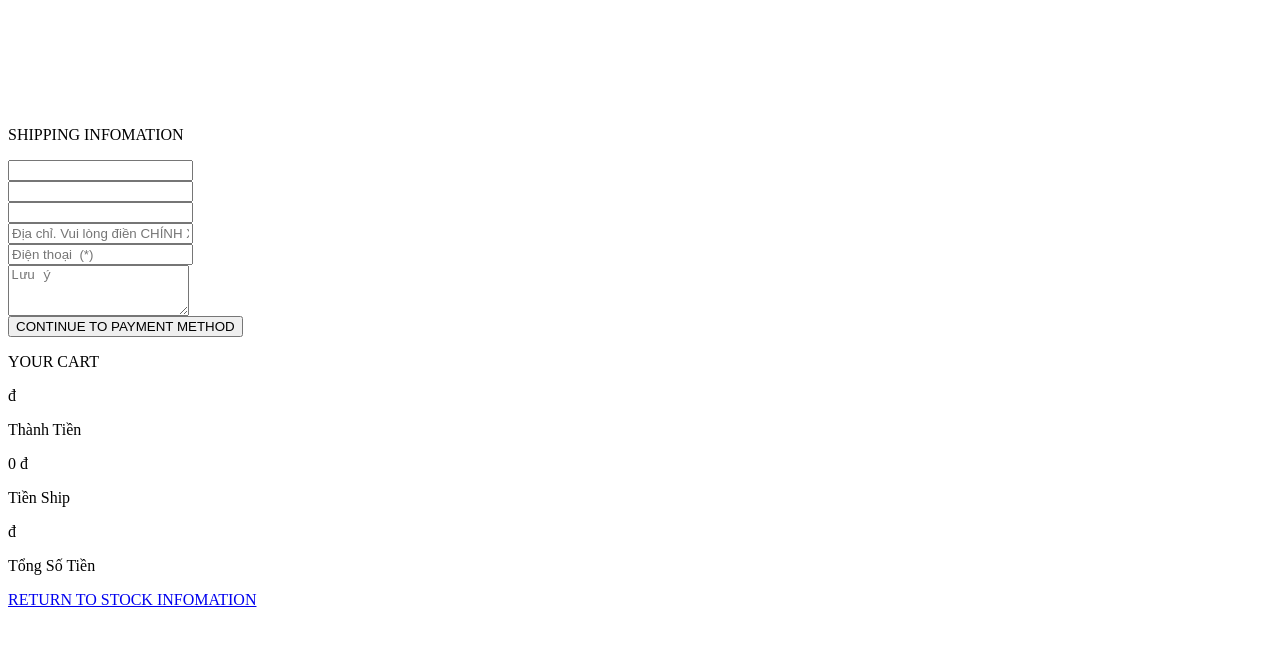
Repository: nguyengiabao245/NHOM3_C2
Page: http://localhost/DoAnJava/WEB-INF/views/order/checkout.jsp
An editor plug-in stored every save of this project. The page is shown before and after the next save, followed by the edit.
The browser window is 1280 px wide. The pictures show the whole page.
The page is served by Tomcat 9. Nobody is signed in. The template is opened directly, without the code that normally fills it, so the values that code supplies are empty.

Above is the page before, as saved 2022-05-15 12:11:44.

After the next save:
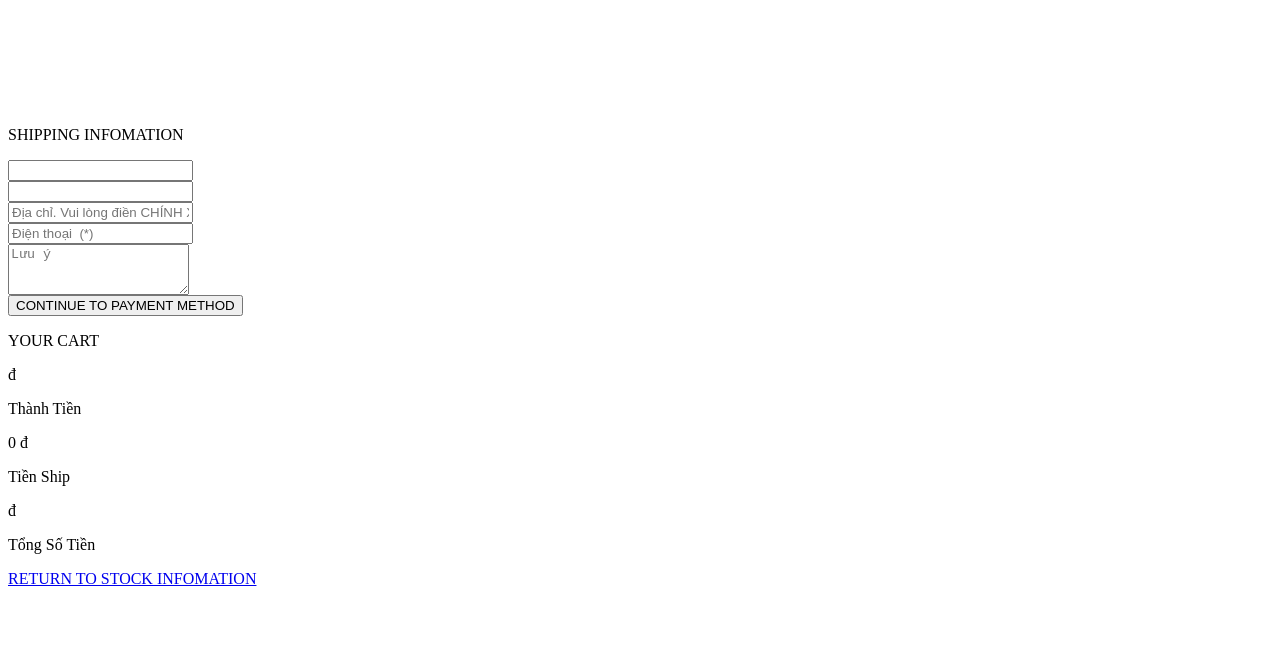
Saved 3 min 46 s later.
--- a/DoAnJava/src/main/webapp/WEB-INF/views/order/checkout.jsp
+++ b/DoAnJava/src/main/webapp/WEB-INF/views/order/checkout.jsp
@@ -18,9 +18,7 @@
 
 							<form:form action="/order/checkout" modelAttribute="order"
 								method="post">
-								<div class="frm-item">
-									<form:input path="user.fullname" class="form-control" readonly="true" />
-								</div>
+
 								<div class="frm-item">
 									<form:input path="user.id" class="form-control" readonly="true" />
 								</div>

After the save that followed:
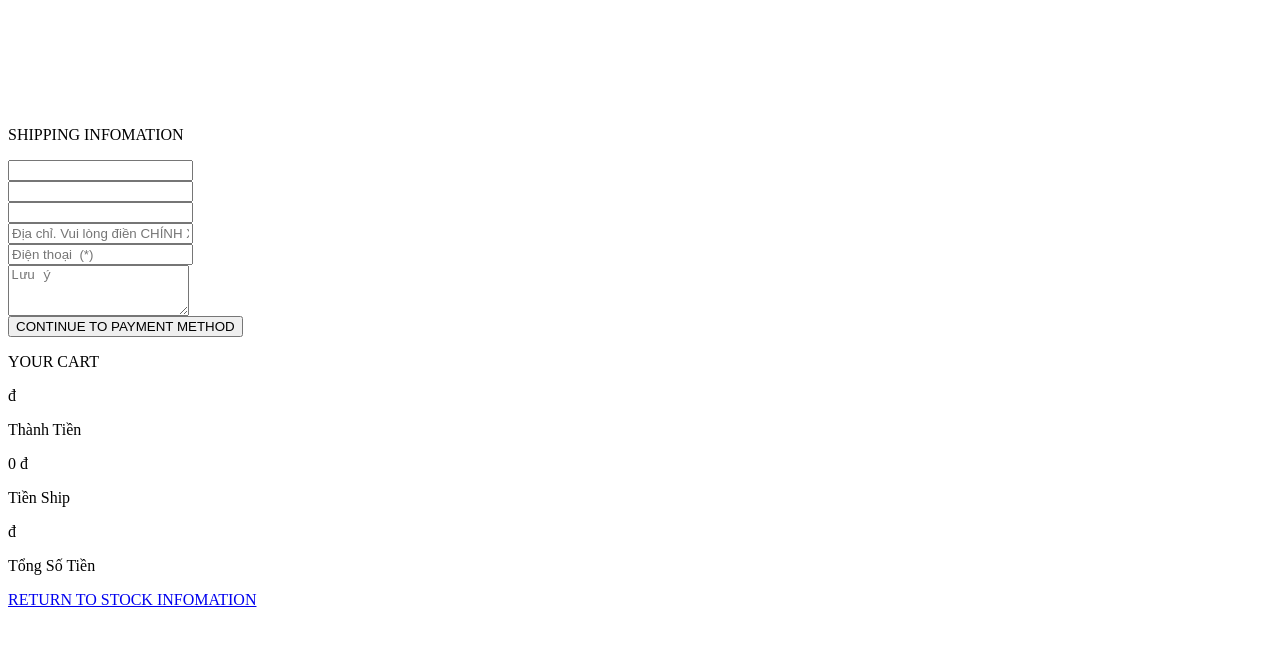
Saved 17 s later.
--- a/DoAnJava/src/main/webapp/WEB-INF/views/order/checkout.jsp
+++ b/DoAnJava/src/main/webapp/WEB-INF/views/order/checkout.jsp
@@ -18,7 +18,9 @@
 
 							<form:form action="/order/checkout" modelAttribute="order"
 								method="post">
-
+								<div class="frm-item">
+									<form:input path="user.fullname" class="form-control" readonly="true" />
+								</div>
 								<div class="frm-item">
 									<form:input path="user.id" class="form-control" readonly="true" />
 								</div>
